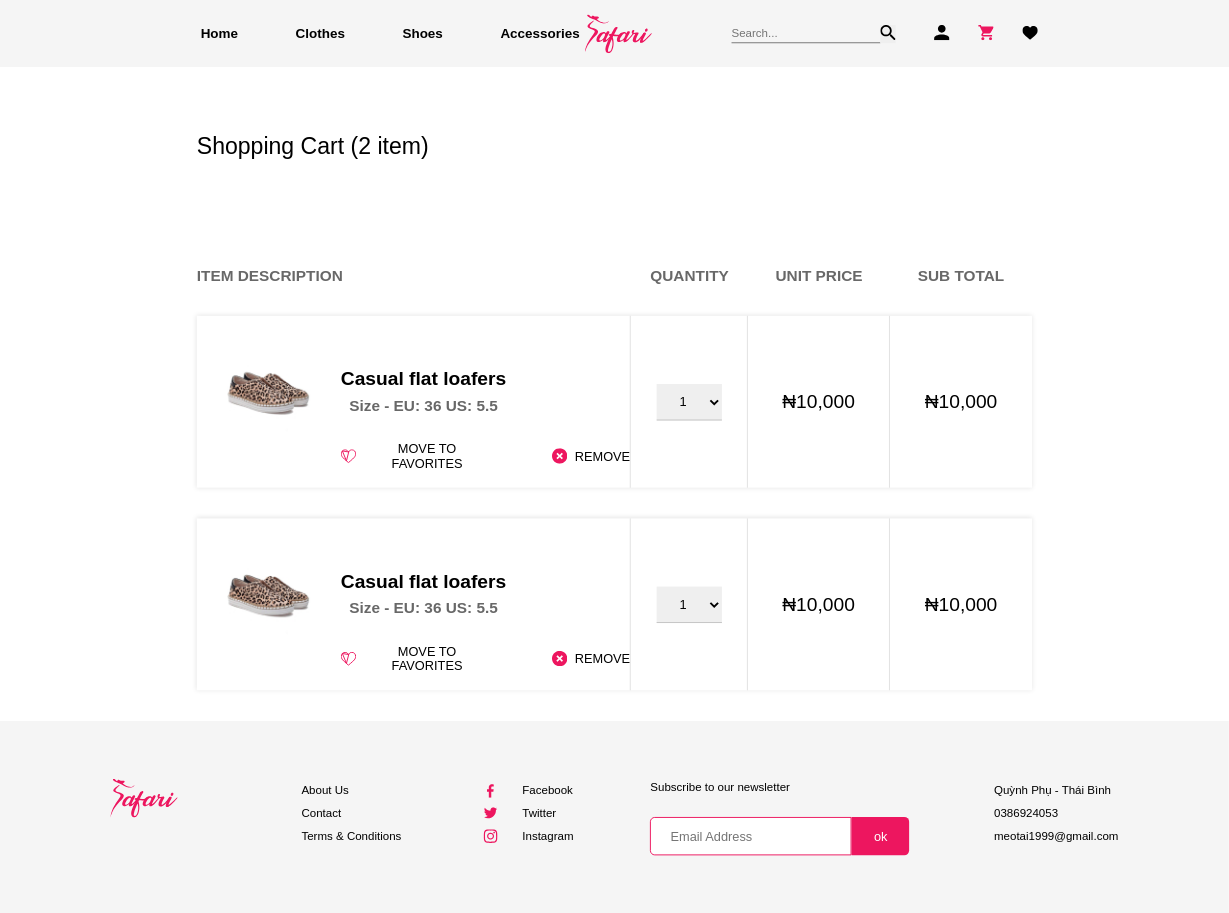
Repository: tboy1999/safari
Page: views/cart.html
An editor plug-in stored every save of this project. The page is shown before and after the next save, followed by the edit.
The browser window is 1280 px wide. The pictures show the whole page, at 96% of full size.
Some web libraries are served in a nearby version. The style sheet was rebuilt from its Sass, Less or Tailwind sources for each picture, by a compiler version that may differ from the author's.

Above is the page before, as saved 2022-04-28 14:19:53.

### views/cart.html
<!DOCTYPE html>
<html lang="en">
<head>
  <meta charset="UTF-8">
  <meta http-equiv="X-UA-Compatible" content="IE=edge">
  <meta name="viewport" content="width=device-width, initial-scale=1.0">
  <title>cart safari</title>
  <link rel="shortcut icon" href="./image/logo/Logo.svg" type="image/x-icon">
  <link rel="preconnect" href="https://fonts.googleapis.com">
  <link rel="preconnect" href="https://fonts.gstatic.com" crossorigin>
  <link rel="stylesheet" href="https://cdnjs.cloudflare.com/ajax/libs/font-awesome/6.1.1/css/all.min.css" integrity="sha512-KfkfwYDsLkIlwQp6LFnl8zNdLGxu9YAA1QvwINks4PhcElQSvqcyVLLD9aMhXd13uQjoXtEKNosOWaZqXgel0g==" crossorigin="anonymous" referrerpolicy="no-referrer" />
  <link rel="stylesheet" href="../css/grid.css">
  <link rel="stylesheet" href="../css/cart.css">
</head>
<body>
  <header id="header" class="header">
    <div class="container">
      <div class="header__container facenter">
        <ul class="header__list facenter fz14-fw600">
          <li class="header__item"><a href="../index.html" class="header__link">Home</a></li>
          <li class="header__item"><a href="./clothes.html" class="header__link">Clothes</a></li>
          <li class="header__item"><a href="./shoes.html" class="header__link">Shoes</a></li>
          <li class="header__item"><a href="./accessories.html" class="header__link">Accessories</a></li>
        </ul>
        <form class="header__search facenter">
          <input type="text" placeholder="Search..." class="fz12">
          <button type="submit"><img src="../image/header/search.svg" alt=""></button>
        </form>
        <div class="header__feature facenter">
          <a href="./user.html">
            <svg width="16" height="16" viewBox="0 0 16 16" fill="inherit" xmlns="http://www.w3.org/2000/svg">
            <path d="M8 0C9.06087 0 10.0783 0.421427 10.8284 1.17157C11.5786 1.92172 12 2.93913 12 4C12 5.06087 11.5786 6.07828 10.8284 6.82843C10.0783 7.57857 9.06087 8 8 8C6.93913 8 5.92172 7.57857 5.17157 6.82843C4.42143 6.07828 4 5.06087 4 4C4 2.93913 4.42143 1.92172 5.17157 1.17157C5.92172 0.421427 6.93913 0 8 0ZM8 10C12.42 10 16 11.79 16 14V16H0V14C0 11.79 3.58 10 8 10Z"/>
            </svg>
          </a>
          <a href="#" class="header__feature--active">
            <svg width="16" height="16" viewBox="0 0 16 16" fill="inherit" xmlns="http://www.w3.org/2000/svg">
              <path d="M12.8 12.8C11.912 12.8 11.2 13.512 11.2 14.4C11.2 14.8243 11.3686 15.2313 11.6686 15.5314C11.9687 15.8314 12.3757 16 12.8 16C13.2243 16 13.6313 15.8314 13.9314 15.5314C14.2314 15.2313 14.4 14.8243 14.4 14.4C14.4 13.9757 14.2314 13.5687 13.9314 13.2686C13.6313 12.9686 13.2243 12.8 12.8 12.8ZM0 0V1.6H1.6L4.48 7.672L3.392 9.632C3.272 9.856 3.2 10.12 3.2 10.4C3.2 10.8243 3.36857 11.2313 3.66863 11.5314C3.96869 11.8314 4.37565 12 4.8 12H14.4V10.4H5.136C5.08296 10.4 5.03209 10.3789 4.99458 10.3414C4.95707 10.3039 4.936 10.253 4.936 10.2C4.936 10.16 4.944 10.128 4.96 10.104L5.68 8.8H11.64C12.24 8.8 12.768 8.464 13.04 7.976L15.904 2.8C15.96 2.672 16 2.536 16 2.4C16 2.18783 15.9157 1.98434 15.7657 1.83431C15.6157 1.68429 15.4122 1.6 15.2 1.6H3.368L2.616 0H0ZM4.8 12.8C3.912 12.8 3.2 13.512 3.2 14.4C3.2 14.8243 3.36857 15.2313 3.66863 15.5314C3.96869 15.8314 4.37565 16 4.8 16C5.22435 16 5.63131 15.8314 5.93137 15.5314C6.23143 15.2313 6.4 14.8243 6.4 14.4C6.4 13.9757 6.23143 13.5687 5.93137 13.2686C5.63131 12.9686 5.22435 12.8 4.8 12.8Z"/>
            </svg>
          </a>
          <a href="#">
            <svg width="16" height="15" viewBox="0 0 16 15" fill="inherit"
            xmlns="http://www.w3.org/2000/svg">
              <path d="M14.7307 1.39307C13.9025 0.494751 12.766 0 11.5304 0C10.6068 0 9.76099 0.291992 9.01636 0.867798C8.64062 1.15845 8.30017 1.51404 8 1.92908C7.69995 1.51416 7.35938 1.15845 6.98352 0.867798C6.23901 0.291992 5.39319 0 4.4696 0C3.23401 0 2.09741 0.494751 1.26917 1.39307C0.450806 2.28088 0 3.49377 0 4.80847C0 6.16162 0.504272 7.40027 1.58691 8.70667C2.55542 9.87524 3.94739 11.0615 5.55933 12.4352C6.10974 12.9043 6.73364 13.436 7.38147 14.0024C7.55261 14.1523 7.77222 14.2349 8 14.2349C8.22766 14.2349 8.44739 14.1523 8.61829 14.0027C9.26611 13.4362 9.89038 12.9042 10.441 12.4348C12.0527 11.0614 13.4447 9.87524 14.4132 8.70654C15.4958 7.40027 16 6.16162 16 4.80835C16 3.49377 15.5492 2.28088 14.7307 1.39307Z"/>
            </svg>
          </a>
        </div>
        <div class="header__logo">
          <a href="../index.html"><img src="../image/logo/Logo.svg" alt=""></a>
        </div>
      </div>
    </div>
  </header>

  <main id="cart" class="cart">
    <div class="container">
      <div class="cart__container">
        <h1 class="cart__heading fz24">Shopping Cart (2 item)</h1>
      <table>
        <thead class="fz16">
          <tr>
            <th>ITEM DESCRIPTION</th>
            <th>QUANTITY</th>
            <th>UNIT PRICE</th>
            <th>SUB TOTAL</th>
          </tr>
        </thead>
        <tbody>
          <tr>
            <td>
              <div class="cart__product facenter gap32">
                <img src="../image/cart/cart1.jpg" alt="" class="cart__img">
                <div class="cart__info">
                  <h3 class="fz20-fw600">Casual flat loafers</h3>
                  <p class="fz16">Size - EU: 36 US: 5.5</p>
                </div>
              </div>
              <div class="cart__btn facenter gap64">
                <button class="facenter gap8"><img src="../image/cart/heart-cart.svg" alt="">MOVE TO FAVORITES</button>
                <button class="facenter gap8"><img src="../image/cart/remove-cart.svg" alt="">REMOVE</button>
              </div>
            </td>
            <td class="fz16">
              <select>
                <option>1</option>
                <option>2</option>
                <option>3</option>
                <option>4</option>
              </select>
            </td>
            <td class="fz20">₦10,000</td>
            <td class="fz20">₦10,000</td>
          </tr>
          <tr>
            <td>
              <div class="cart__product facenter gap32">
                <img src="../image/cart/cart1.jpg" alt="" class="cart__img">
                <div class="cart__info">
                  <h3 class="fz20-fw600">Casual flat loafers</h3>
                  <p class="fz16">Size - EU: 36 US: 5.5</p>
                </div>
              </div>
              <div class="cart__btn facenter gap64">
                <button class="facenter gap8"><img src="../image/cart/heart-cart.svg" alt="">MOVE TO FAVORITES</button>
                <button class="facenter gap8"><img src="../image/cart/remove-cart.svg" alt="">REMOVE</button>
              </div>
            </td>
            <td class="fz16">
              <select>
                <option>1</option>
                <option>2</option>
                <option>3</option>
                <option>4</option>
              </select>
            </td>
            <td class="fz20">₦10,000</td>
            <td class="fz20">₦10,000</td>
          </tr>
        </tbody>
      </table>
      </div>
    </div>
  </main>
  <footer class="footer">
    <div class="container">
      <div class="footer__container d-flex fz12">
        <div class="footer__logo">
          <a href="../index.html"><img src="../image/logo/Logo.svg" alt=""></a>
        </div>
        <div class="footer__body d-flex gap80">
          <ul class="footer__pages">
            <li class="footer__item fz12"><a href="#">About Us</a></li>
            <li class="footer__item fz12"><a href="#">Contact</a></li>
            <li class="footer__item fz12"><a href="#">Terms & Conditions</a></li>
          </ul>
          <ul class="footer__networks">
            <li class="footer__item facenter gap20">
              <div class="footer__icon flex-center">
                <a href="#" class="facenter"><img src="../image/footer/fb.svg" alt=""></a>
              </div>
              <p><a href="#">Facebook</a></p>
            </li>
            <li class="footer__item facenter gap20">
              <div class="footer__icon flex-center">
                <a href="#" class="facenter"><img src="../image/footer/twitter.svg" alt=""></a>
              </div>
              <p><a href="#">Twitter</a></p>
            </li>
            <li class="footer__item facenter gap20">
              <div class="footer__icon flex-center">
                <a href="#" class="facenter"><img src="../image/footer/instagram.svg" alt=""></a>
              </div>
              <p><a href="#">Instagram</a></p>
            </li>
          </ul>
          <div class="footer__input">
            <p>Subscribe to our newsletter</p>
            <form action="" class="facenter footer__form">
              <input type="text" placeholder="Email Address">
              <button type="submit">ok</button>
            </form>
          </div>
        </div>
        <div class="footer__info">
          <p>Quỳnh Phụ - Thái Bình</p>
          <p>0386924053</p>
          <p>meotai1999@gmail.com</p>
        </div>
      </div>
    </div>
  </footer>
</body>
</html>

### scss/cart.scss
@import 'reset';
@import 'variable';
@import 'global';
@import 'alike';
@import 'header';
@import 'footer';

.cart {
  margin-top: 134px;
  &__container {
    margin:0 150px;
  }
  &__heading {
    margin-bottom: 78px;
  }
  table {
    border-spacing:0 32px;
    width: 100%;
    thead {
      th:first-child {
        width: 52%;
        text-align: left;
      }
      th:nth-child(2) {
        width: 14%
      }
      th:nth-child(3),
      th:nth-child(4) {
        width: 17%
      }
    }
    tbody {
      tr {
        background: #FFFFFF;
        box-shadow: 0px 0px 5px 1px rgba(0, 0, 0, 0.1);
      }
      td:first-child {
        padding: 35px 0 18px 32px
      }
      td {
        text-align: center
      }
      td:not(:last-child) {
        border-right: 1.5px solid #E1E1E1;
      }
      select {
        padding: 10px 20px;
        border: none;
        border-bottom: 1px solid #C4C4C4;
        outline: none;
      }
    }
  }
  &__img {
    width: 86px;
    height: 86px;
    object-fit: cover;
  }
  &__info {
    h3 {
      margin-bottom: 8px;
    }
  }
  &__product {
    margin-bottom: 10px;
  }
  &__btn {
    padding-left: calc(150px - 32px);
    button {
      background-color: transparent
    }
  }
}

### scss/_reset.scss
* {
  padding: 0;
  margin: 0;
  box-sizing: border-box;
}

html:focus-within {
  scroll-behavior: smooth;
}

a,
button {
  display: block;
  outline: none;
  border: none;
  text-decoration: none;
  color: inherit;
  cursor: pointer;
}

input {
  outline: none;
}

ul {
  list-style-type: none;
}

// img {
//   width: 100%;
//   height: 100%;
//   object-fit: cover;
// }

### scss/_variable.scss
$text-color: #686868;
$primary-color: #ED165F;

$header-background-color: #F5F5F5;
$footer-background-color: #F5F5F5;

### scss/_global.scss
html {
  font-size: 10px;
  line-height: 1;
  scroll-behavior: smooth !important;
}

body {
  font-family: 'Mulish', sans-serif;
}

body .auto-top {
  display: none;
  position: fixed;
  right: 50px;
  top: 50%;
  width: 60px;
  height: 50px;
  border: 1px solid #000000;
  border-radius: 5px;
  animation: autoTop 2s ease-in-out;
  animation-iteration-count: infinite;
}
@keyframes autoTop {
  from {
    transform: translateY(0)
  }
  to {
    transform: translateY(-20px)
  }
}

.facenter {
  display: flex;
  align-items: center;
}

.facb {
  display:flex;
  justify-content: space-between;
  align-items: center;
}

.flex-center {
  display: flex;
  justify-content: center;
  align-items: center;
}

.d-flex {
  display: flex;
  flex-wrap: wrap;
}

.flex-column {
  display: flex;
  flex-direction: column;
}

.gap64 {
  gap: 64px
}

.gap80 {
  gap: 0 80px
}

.gap32 {
  gap: 32px
}

.gap20 {
  gap: 0 20px
}

.gap16 {
  gap: 16px
}
.gap8 {
  gap: 8px
}

### scss/_alike.scss
.fz40 {
  font-weight: 700;
  font-size: 4rem;
  line-height: calc(24/40);
}

.fz30 {
  font-weight: 600;
  font-size: 30px;
}


.fz24 {
  font-weight: 400;
  font-size: 2.4rem;
  line-height: calc(35/24);
}

.fz20 {
  font-weight: 400;
  font-size: 2rem;
  line-height: calc(23/20);
  &-fw800 {
    font-weight: 800;
    font-size: 2rem;
    line-height: calc(23/20);
  }
  &-fw600 {
    font-weight: 600;
    font-size: 2rem;
    line-height: calc(23/20);
  }
}

.fz18 {
  font-weight: 800;
  font-size: 1.8rem;
  line-height: calc(24/18);
}

.fz16 {
  font-weight: 600;
  font-size: 1.6rem;
  line-height: calc(18/16);
  color: $text-color;
}

.fz14 {
  font-weight: 400;
  font-size: 1.4rem;
  line-height: calc(18/14);
  &-fw600 {
    font-weight: 600;
    font-size: 1.4rem;
    line-height: calc(18/14);
  }
}

.fz12 {
  font-weight: 400;
  font-size: 1.2rem;
  line-height: calc(18/12);
}

.fz10 {
  font-weight: 700;
  font-size: 1rem;
  line-height: calc(18/10);
}

### scss/_header.scss
.header {
  position: fixed;
  top: 0;
  left: 0;
  right: 0;
  z-index: 99999;
  background-color: $header-background-color;
  &__container {
    height: 70px;
    padding: 0 144px;
  }
  &__list {
    gap: 0 40px;
    flex: 1
  }
  &__search {
    input {
      border:none;
      border-bottom: 1px solid rgba(0, 0, 0, 0.5);
      color: rgba(0, 0, 0, 0.5);
      background-color: inherit;
    }
  }
  &__link {
    padding: 6px 10px;
    transition: all 0.2s linear;
    position: relative;
    &::after {
      content: "";
      position: absolute;
      width: 0;
      left: auto;
      right: 0;
      bottom: 0;
      height: 1px;
      transition: all 0.2s linear;
      background-color: red;
    }
    &:hover {
      color: $primary-color;
      &::after {
        width: 100%;
        right: auto;
        left: 0
      }
    }
    &.header__item--active {
      color: $primary-color;
      font-weight: 800;
      &::after {
        width: 100%;
      }
    }
  }
  &__feature {
    gap: 0 30px;
    margin-left: 40px;
    .header__feature--active {
      fill: $primary-color;
    }
  }
  &__logo {
    position: absolute;
    left: 47.57%;
    right: 47.57%;
    top: 21.43%;
    bottom: 20.93%;
  }
}

### scss/_footer.scss
.footer {
  background-color: $footer-background-color;
  &__container {
    padding: 60px;
  }
  &__pages {
    margin-left: 129px;
    a {
      padding: 3px 0;
    }
  }
  &__networks {
    a {
      padding: 3px 0
    }
  }
  &__icon {
    width: 26px
  }
  &__body {
    flex: 1
  }
  &__form {
    margin-top: 22px;
    width: 270px;
    height: 40px;
    border-radius: 5px;
    input {
      border: 1px solid $primary-color;
      padding: 0 0 0 20px;
      height: inherit;
      flex: 1;
      border-top-left-radius: 5px;
      border-bottom-left-radius: 5px;
    }
    button {
      width: 60px;
      height: inherit;
      background-color: $primary-color;
      color: #fff;
      border-top-right-radius: 5px;
      border-bottom-right-radius: 5px;
    }
  }
  &__info {
    p {
      padding: 3px 0
    }
  }
}

Loaded but not shown: css/grid.css (721 lines, source omitted)

After the next save:
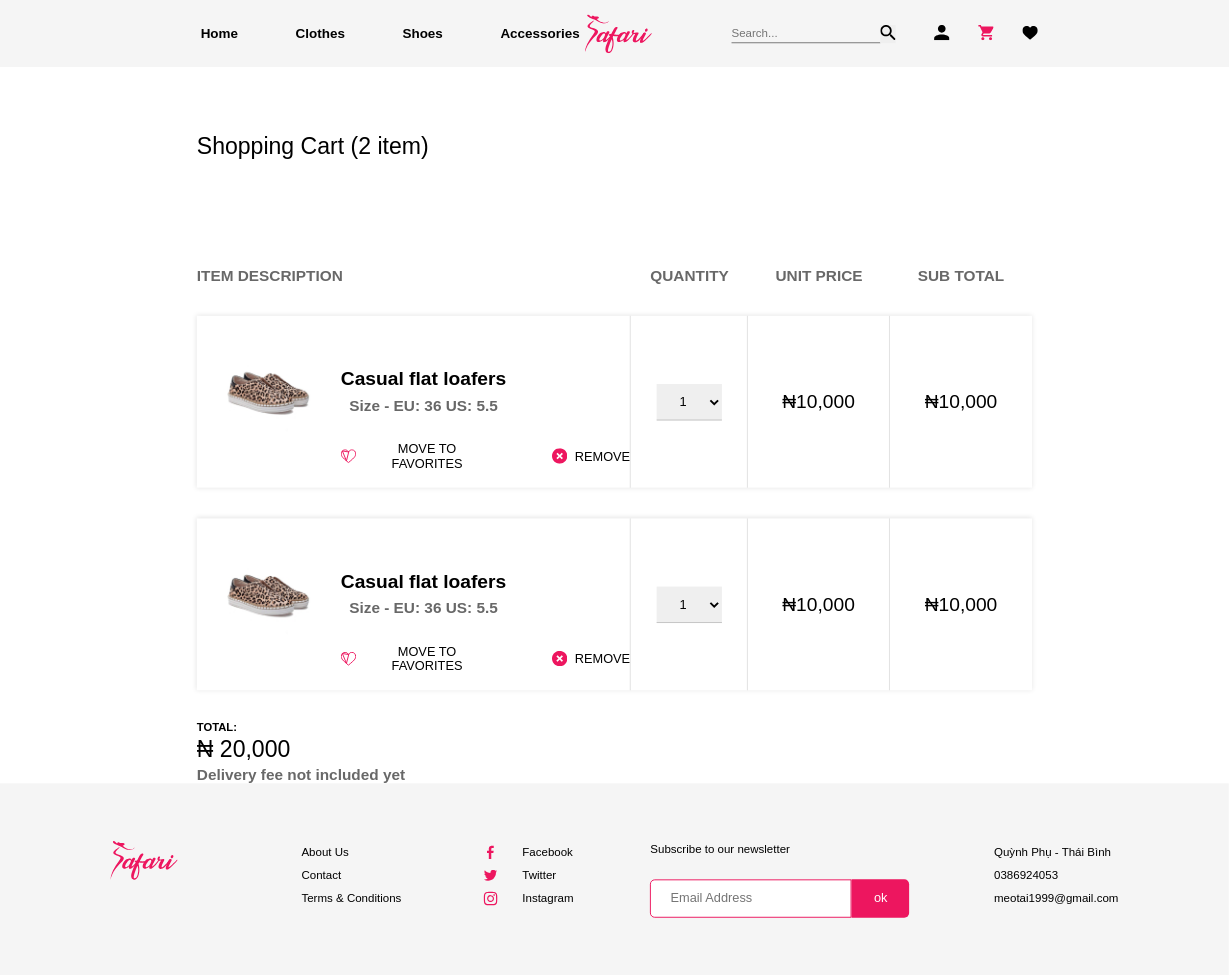
Saved 5 min 56 s later.
--- a/views/cart.html
+++ b/views/cart.html
@@ -55,68 +55,75 @@
     <div class="container">
       <div class="cart__container">
         <h1 class="cart__heading fz24">Shopping Cart (2 item)</h1>
-      <table>
-        <thead class="fz16">
-          <tr>
-            <th>ITEM DESCRIPTION</th>
-            <th>QUANTITY</th>
-            <th>UNIT PRICE</th>
-            <th>SUB TOTAL</th>
-          </tr>
-        </thead>
-        <tbody>
-          <tr>
-            <td>
-              <div class="cart__product facenter gap32">
-                <img src="../image/cart/cart1.jpg" alt="" class="cart__img">
-                <div class="cart__info">
-                  <h3 class="fz20-fw600">Casual flat loafers</h3>
-                  <p class="fz16">Size - EU: 36 US: 5.5</p>
+        <table>
+          <thead class="fz16">
+            <tr>
+              <th>ITEM DESCRIPTION</th>
+              <th>QUANTITY</th>
+              <th>UNIT PRICE</th>
+              <th>SUB TOTAL</th>
+            </tr>
+          </thead>
+          <tbody>
+            <tr>
+              <td>
+                <div class="cart__product facenter gap32">
+                  <img src="../image/cart/cart1.jpg" alt="" class="cart__img">
+                  <div class="cart__info">
+                    <h3 class="fz20-fw600">Casual flat loafers</h3>
+                    <p class="fz16">Size - EU: 36 US: 5.5</p>
+                  </div>
                 </div>
-              </div>
-              <div class="cart__btn facenter gap64">
-                <button class="facenter gap8"><img src="../image/cart/heart-cart.svg" alt="">MOVE TO FAVORITES</button>
-                <button class="facenter gap8"><img src="../image/cart/remove-cart.svg" alt="">REMOVE</button>
-              </div>
-            </td>
-            <td class="fz16">
-              <select>
-                <option>1</option>
-                <option>2</option>
-                <option>3</option>
-                <option>4</option>
-              </select>
-            </td>
-            <td class="fz20">₦10,000</td>
-            <td class="fz20">₦10,000</td>
-          </tr>
-          <tr>
-            <td>
-              <div class="cart__product facenter gap32">
-                <img src="../image/cart/cart1.jpg" alt="" class="cart__img">
-                <div class="cart__info">
-                  <h3 class="fz20-fw600">Casual flat loafers</h3>
-                  <p class="fz16">Size - EU: 36 US: 5.5</p>
+                <div class="cart__btn facenter gap64">
+                  <button class="facenter gap8"><img src="../image/cart/heart-cart.svg" alt="">MOVE TO FAVORITES</button>
+                  <button class="facenter gap8"><img src="../image/cart/remove-cart.svg" alt="">REMOVE</button>
                 </div>
-              </div>
-              <div class="cart__btn facenter gap64">
-                <button class="facenter gap8"><img src="../image/cart/heart-cart.svg" alt="">MOVE TO FAVORITES</button>
-                <button class="facenter gap8"><img src="../image/cart/remove-cart.svg" alt="">REMOVE</button>
-              </div>
-            </td>
-            <td class="fz16">
-              <select>
-                <option>1</option>
-                <option>2</option>
-                <option>3</option>
-                <option>4</option>
-              </select>
-            </td>
-            <td class="fz20">₦10,000</td>
-            <td class="fz20">₦10,000</td>
-          </tr>
-        </tbody>
-      </table>
+              </td>
+              <td class="fz16">
+                <select>
+                  <option>1</option>
+                  <option>2</option>
+                  <option>3</option>
+                  <option>4</option>
+                </select>
+              </td>
+              <td class="fz20">₦10,000</td>
+              <td class="fz20">₦10,000</td>
+            </tr>
+            <tr>
+              <td>
+                <div class="cart__product facenter gap32">
+                  <img src="../image/cart/cart1.jpg" alt="" class="cart__img">
+                  <div class="cart__info">
+                    <h3 class="fz20-fw600">Casual flat loafers</h3>
+                    <p class="fz16">Size - EU: 36 US: 5.5</p>
+                  </div>
+                </div>
+                <div class="cart__btn facenter gap64">
+                  <button class="facenter gap8"><img src="../image/cart/heart-cart.svg" alt="">MOVE TO FAVORITES</button>
+                  <button class="facenter gap8"><img src="../image/cart/remove-cart.svg" alt="">REMOVE</button>
+                </div>
+              </td>
+              <td class="fz16">
+                <select>
+                  <option>1</option>
+                  <option>2</option>
+                  <option>3</option>
+                  <option>4</option>
+                </select>
+              </td>
+              <td class="fz20">₦10,000</td>
+              <td class="fz20">₦10,000</td>
+            </tr>
+          </tbody>
+        </table>
+      <div class="cart__price">
+        <div class="cart__money">
+          <h3 class="fz24-fw600">TOTAL:</h3>
+          <h4 class="fz24">₦ 20,000</h4>
+        </div>
+        <p class="fz16">Delivery fee not included yet</p>
+      </div>
       </div>
     </div>
   </main>
